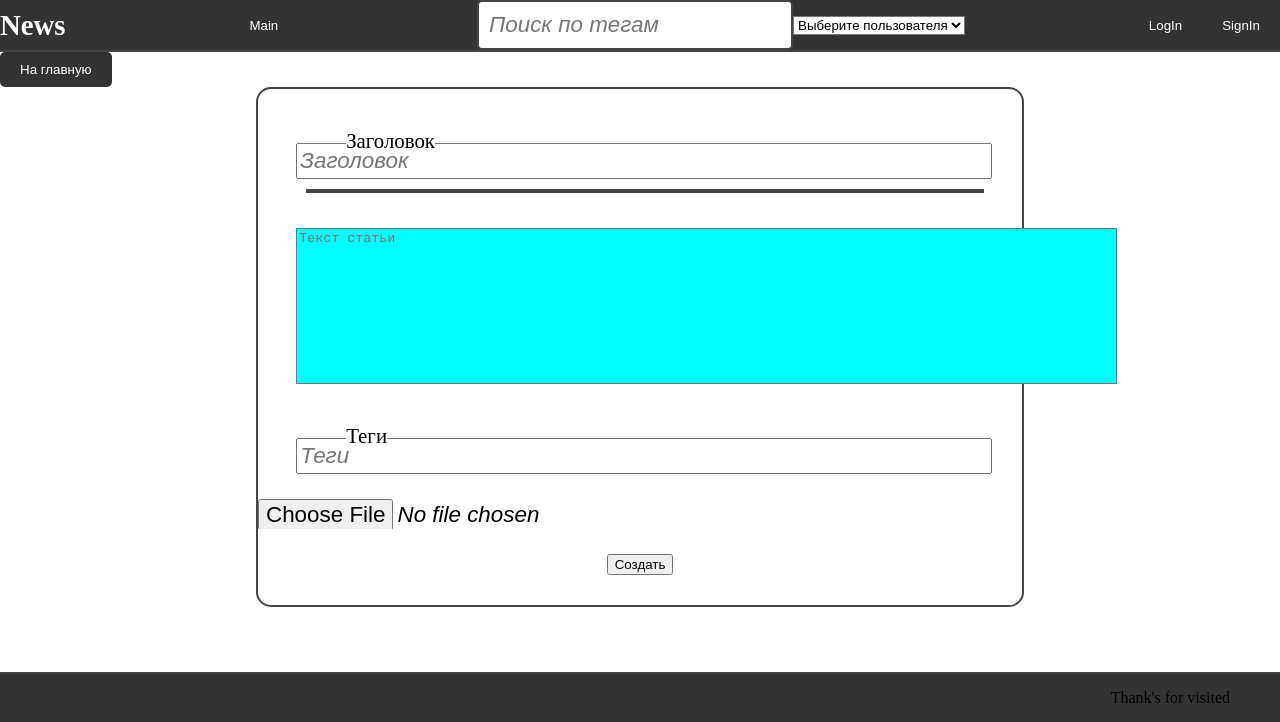
Repository: Igor-Blazhko/news_frontend
Page: /CreatePost
An editor plug-in stored every save of this project. The page is shown before and after the next save, followed by the edit.
The browser window is 1280 px wide. The pictures show the whole page.
The project was rebuilt for these pictures with package versions that can differ from the ones it lists, and the page was loaded fresh each time. Also part of the build but not shown: vite.config.ts, src/components/allPost/onePost/onePost.module.css, src/components/allPost/onePost/onePost.tsx, src/components/allPost/allPost.tsx, src/components/auth/logIn/login.module.css, src/components/auth/logIn/login.tsx, src/components/auth/register/register.tsx, src/components/pageOnePost/comments/comment.tsx and 2 more.

Above is the page before, as saved 2024-07-15 16:31:26.

### src/App.tsx
import Header from './components/header/header'
import AllPost from './components/allPost/allPost'
import Footer from './components/footer/footer'
import LogIn from './components/auth/logIn/login'
import { Page } from './types'
import SignIn from './components/auth/register/register'
import { BrowserRouter, Route, Routes } from 'react-router-dom'
import OnePost from './components/pageOnePost/OnePost'
import { Provider } from 'react-redux'
import { store } from './store'
import { QueryClient, QueryClientProvider } from '@tanstack/react-query'
import CreatePost  from './components/createPost/createPost'



const queryClient = new QueryClient();

function App() {

  return (
    <Provider store={store}>
      <QueryClientProvider client={queryClient}>
        <BrowserRouter>
        <Header></Header>
          <Routes>
            <Route path="*" element ={ <AllPost/> }/>
            <Route path={Page.LogIn} element ={ <LogIn/> }/>
            <Route path={Page.SignIn} element ={ <SignIn/> }/>
            <Route path={Page.CreatePost} element ={ <CreatePost/> }/>
            <Route path={Page.OnePost+'/:id'} element ={ <OnePost/> }/>
          </Routes>
        <Footer></Footer>
        </BrowserRouter>
      </QueryClientProvider>
    </Provider>
  )
}

export default App

### src/index.css
body{
  margin: 0;
  padding: 0;
  width: 100vw;
  min-height: 100vh;
  overflow-x: hidden;
}

main{
  min-height: calc(100vh - 100px);
}

### src/components/header/header.tsx

import { Link } from 'react-router-dom';
import Button from '../simplyComponents/button/button';
import styles from './header.module.css'
import ButtonAuth  from './buttonAuth/buttonAuth';
import Filter from './filter/filter';


export default function Header() {
        return (
        <header className={styles.header}>
            <div className={styles.logo}>
                News
            </div>
            <nav>
                <Link to="">
                    <Button>Main</Button>
                </Link>
            </nav>
            <Filter/>
            <ButtonAuth/>
        </header>
    )
}

### src/components/footer/footer.tsx
import { Link } from 'react-router-dom'
import styles from './footer.module.css'
import { Page } from '../../types'
import Button from '../simplyComponents/button/button'
import { useSelector } from 'react-redux'
import { States } from '../../store'

export default function Footer(){
    const JWT = useSelector( (state:States) => state.JWT)
    return(
        <footer className={styles.footer}>
            {
            JWT &&
            <Link to={'/'+Page.CreatePost}>
                <Button>Создать пост</Button>
            </Link>
            }

            <div className={styles.text}>Thank's for visited</div>
        </footer>
    )
}

### src/types.ts
export const enum Page {
    LogIn = 'LogIn',
    SignIn = 'SignIn',
    AllPost = 'AllPost',
    OnePost = 'OnePost',
    CreatePost = 'CreatePost',
}

export class ObjectToken {
    private readonly access_token:string;
    constructor(access_token:string){
        this.access_token = access_token;
    }
}

export class HTTPExeption{
    private readonly response:string;
    private readonly status:number;
    private readonly message:string;
    private readonly name:string;
    constructor(response:string, status:number, message:string, name:string){
        this.response = response;
        this.status = status;
        this.message = message;
        this.name = name;
    }
}

### src/store.ts
import { createStore } from '@reduxjs/toolkit'
import cooks from './basefunction';

export interface States{
  tagfilter: string[],
  userfilter: number,
  JWT:string|undefined,
  location: string,
}

const defaultState:States = {
  tagfilter: [],
  userfilter: 0,
  JWT: cooks.getJWT(),
  location: '*',
}

type Action = {
  type:string,
  buffer?:string,
  userId?:number,
  JWT?:string,
}
const reducer = (state = defaultState, action:Action) => {
  switch (action.type){
    case 'Filter':
      if (( 'buffer' in action) && (action.buffer !== undefined)) {
        const arr = action.buffer.split(' ');
        state = {...state,
          tagfilter: arr,
        }
      }
      return state;
    case 'setUserFilter':
      if (( 'userId' in action) && (action.userId !== undefined)) {
        state = {...state,
          userfilter: action.userId,
        }
      }
      return state
    case 'SetJWT':
      if ( ('JWT' in action) && (action.JWT !== undefined) ){
        state = {...state,
          JWT: action.JWT,
        }
        cooks.LogIn(action.JWT)
      // document.cookie = `JWT_token=${action.JWT}`
      }
      return state;
    case 'DelJwt':
      state = {
        ...state,
        JWT:'',
      }
      cooks.LogOut()
      return state;
    case 'setLocation':
      state = {
        ...state,
        location: location.pathname,
      }
      return state;
    case 'dropLocation':
      state = {
        ...state,
        location: '*',
      }
      return state;
    default:
      return state;
  }
}

export const store = createStore(reducer)

### src/components/createPost/createPost.tsx
import { Link } from "react-router-dom";
import { Page } from "../../types";
import Button from "../simplyComponents/button/button";
import SERVER from "../../dataServer";
import styles from "./createPost.module.css"

export default function CreatePost(){

    return (
        <main>
            <Link to={'/'}>
                <Button>На главную</Button>
            </Link>
            <div>
                <form action={SERVER.POST.News.create} method="post" className={styles.form}>
                    <div className={styles.article}>
                        <label htmlFor="article" className={styles.article} >Заголовок</label>
                        <input type="text" name="article" maxLength={254} placeholder="Заголовок" className={styles.article}/>
                    </div>
                    <div className={styles.text}>
                        <textarea name="text" placeholder="Текст статьи" className={styles.text} cols={100} rows={10}/>
                    </div>
                    <div className={styles.tags}>
                        <label htmlFor="tags" className={styles.tags}>Теги</label>
                        <input type="text" name="tags" placeholder="Теги"  className={styles.tags}/>
                    </div>
                    <input type="file" />
                    <button type="submit" className={styles.btn}>Создать</button>
                </form>
            </div>
        </main>

    )
}

### src/components/simplyComponents/button/button.tsx
import { MouseEventHandler, ReactNode } from 'react'
import styles from './button.module.css'
type Button = {
    text?:string,
    children?:ReactNode
    onClick?:MouseEventHandler<HTMLButtonElement>
}

export default function Button(props:Button){

    return(
        <button className={styles.button} onClick={props.onClick}>{props.children}</button>
    )
}

### src/components/header/header.module.css
header {
    background-color: #333;
    display: flex;
    justify-content: space-between;
    align-items: center;
    border-bottom: 2px solid #444;
    box-sizing: border-box;
    min-height: 50px;
}

.logo {
    font-size: 1.8em;
    font-weight: bold;
    color: #fff;
}



  .filter {
    display: flex;
    align-items: center;
  }

  .filter input,
  .filterselect {
    padding: 8px 10px;
    margin-left: 15px;
    border: 2px solid #444;
    border-radius: 5px;
    transition: border-color 0.3s ease;
  }

  .filter input:focus,
  .filter select:focus {
    border-color: #888;
  }

  .filter select {
    background-color: #fff;
}

### src/components/header/buttonAuth/buttonAuth.tsx
import { useDispatch, useSelector } from "react-redux"
import { States } from "../../../store"
import cooks from "../../../basefunction";
import Button from "../../simplyComponents/button/button";
import { Link } from "react-router-dom";
import { Page } from "../../../types";

export default function ButtonAuth(){

    const JWT = useSelector( (state:States) => state.JWT);
    const dispatch = useDispatch();

    function LogOut(){
        dispatch({
            type: 'DelJwt',
        })
    }

    return (
        <>
            {
                JWT?
                <div className="auth">
                    <Button onClick={LogOut}>LogOut</Button>
                </div>
                :
                <div className="auth">
                    <Link to={Page.LogIn}>
                        <Button>LogIn</Button>
                    </Link>
                    <Link to={Page.SignIn}>
                        <Button>SignIn</Button>
                    </Link>
                </div>
                }
        </>
    )
}

### src/components/header/filter/filter.tsx

import { useEffect, useState } from 'react'
import { User } from '../../pageOnePost/types/types'
import styles from '../header.module.css'
import { useDispatch } from 'react-redux'

export default function Filter(){
    const [users, setUsers] = useState([ {
        id: 1,
        name: 'igor',
        sername: 'Blazhko',
        login: 'user1',
    }])
    const [change, setChange] = useState(false)
    const dispatch = useDispatch()

    useEffect(() => {
        const users = [
            {
                id: 1,
                name: 'igor',
                sername: 'Blazhko',
                login: 'user1',
            },
            {
                id: 2,
                name: 'igor',
                sername: 'Tokin',
                login: 'user2',
            },
            {
                id: 3,
                name: 'igor',
                sername: 'Lankin',
                login: 'user3',
            },
        ];
        setUsers(users);
        // setLog(JWT)
    },[])

    function changeFilter(event:React.ChangeEvent<HTMLInputElement>){
        dispatch({
            type:'Filter',
            buffer: event.target.value,
        })
    }

    function changeUser(event) {
        dispatch({
            type:'setUserFilter',
            userId: +event.target.value,
        })
        if ( +event.target.value ) setChange(true)
        else setChange(false)
    }

    return (
            <div className={styles.filter}>
                <input type="text" placeholder="Поиск по тегам" onChange={changeFilter}/>
                <select onChange={changeUser} defaultValue="option0">
                    <option value="0">
                        { change? 'Cбросить фильтрацию': 'Выберите пользователя'}
                    </option>
                    {
                        users.map((user:User)=> <option key = {user.id} value={user.id}>{user.name} {user.sername}</option>)
                    }
                </select>
            </div>
    )
}

### src/components/allPost/allPost.module.css

main {
    display: flex;
    flex-direction: column;
    row-gap: 25px;
  }

### src/dataServer.ts


const SERVER = {
    base: 'http://192.168.3.37:5000/',
    POST: {
        register: 'http://127.0.0.1:5000/auth/registration',
        login: 'http://127.0.0.1:5000/auth/login',
        comments: {
            createCom: 'http://127.0.0.1:5000/comments',
        },
        News: {
            create: 'http://127.0.0.1:5000/news',
        }
    },
    GET: {
        allNews: 'http://127.0.0.1:5000/news',
        oneNews: 'http://127.0.0.1:5000/news?id=',
        getAllCommentByPostId: 'http://127.0.0.1:5000/comments?id=',
    }
}
export default SERVER;

### src/components/footer/footer.module.css
footer {
    width: 100vw;
    background-color: #333;
    min-height: 50px;
    border-top: 2px solid #444;
    display: flex;
    justify-content: flex-end;
    align-items: center;
    box-sizing: border-box;
}

.text{
    margin-right: 50px;
}

### src/components/pageOnePost/OnePost.module.css
main{
  display: block;
}
.post_content_full {
    display: flex;
    flex-direction: column;
    align-items: center;
    text-align: center;
    animation: slideIn 0.5s ease-in-out;
  }

  .post_image {
    width: 150px;
    height: 150px;
    margin-bottom: 20px;
  }

  .post_title_full {
    font-size: 2em;
    margin-bottom: 20px;
  }

  .post_text_full {
    font-size: 1.2em;
    margin-bottom: 40px;
  }

  .comments {
    background-color: #fff;
    padding: 20px;
    border: 1px solid #ccc;
    border-radius: 10px;
    margin-top: 20px;
  }



  .comments h3 {
    font-size: 1.5em;
    margin-bottom: 10px;
  }

  .comment {
    margin-bottom: 10px;
    padding: 10px;
    border: 1px solid #ccc;
    border-radius: 5px;
    background-color: #fafafa;
  }

  .comment p {
    font-size: 1.2em;
  }

  .comment_form {
    margin-top: 20px;
  }

  .comment_form textarea {
    width: 100%;
    padding: 10px;
    margin-bottom: 10px;
    border: 1px solid #ccc;
    border-radius: 5px;
    resize: vertical;
    transition: border-color 0.3s ease;
  }

  .comment_form textarea:focus {
    border-color: #888;
  }

  .comment_form button {
    padding: 10px;
    border: none;
    border-radius: 5px;
    background-color: #333;
    color: #fff;
    cursor: pointer;
    transition: background-color 0.3s ease, transform 0.3s ease;
  }

  .comment_form button:hover {
    background-color: #444;
    transform: translateY(-3px);
  }

### src/basefunction.ts
import { useDispatch } from "react-redux";

class Cookie {
    getCookie(name:string) {
        let matches = document.cookie.match(new RegExp(
          "(?:^|; )" + name.replace(/([\.$?*|{}\(\)\[\]\\\/\+^])/g, '\\$1') + "=([^;]*)"
        ));
        return matches ? decodeURIComponent(matches[1]) : undefined;
    }

    setCookie(name:string, value:string, options = {}) {

        options = {
          path: '/',
          // при необходимости добавьте другие значения по умолчанию
          ...options
        };

        if (options.expires instanceof Date) {
          options.expires = options.expires.toUTCString();
        }

        let updatedCookie = encodeURIComponent(name) + "=" + encodeURIComponent(value);

        for (let optionKey in options) {
          updatedCookie += "; " + optionKey;
          let optionValue = options[optionKey];
          if (optionValue !== true) {
            updatedCookie += "=" + optionValue;
          }
        }

        document.cookie = updatedCookie;
    }

    deleteCookie(name:string) {
        this.setCookie(name, "", {
          'max-age': -1
        })
    }

    getJWT(){
        return this.getCookie('JWT_token')
    }

    LogIn(token:string){
        this.setCookie('JWT_token', token, {
            'max-age': 3600
          } )
    }

    LogOut(){
        this.setCookie('JWT_token', '', {
            'max-age': 3600
          } )
    }
}
const cooks = new Cookie()
export default cooks

### src/components/createPost/createPost.module.css
.form {
    border: 2px solid #444;
    border-radius: 15px;
    width: 60%;
    height: calc(100vh - 200px);
    margin: 0 auto;
    display: flex;
    flex-direction: column;
    justify-content: space-between;
    align-items: center;
    padding: 30px 0 ;
    box-sizing: border-box;
}

form>div{
    width: 90%;
}

label{
    position: relative;
    top: 10px;
    left: 50px;
    z-index: 2;
    background-color: white;
    font-size: 1.3em;
    transition: all 0.3s ease-in-out;
}
div:has(input:focus) label{
    transition: all 0.2s  ease-in;
    top: 0;
}

textarea{
	resize: none;
    background-color: aqua;
}

input{
    width: 100%;
    height: 30px;
    font-size: 1.4em;
    font-style: italic;
    display: block;
}

div.article::after{
    display: block;
    width: 98%;
    background-color: #444;
    border: 2px solid #444;
    content: "";
    margin: 10px;
}

### src/components/simplyComponents/button/button.module.css
.button {
    padding: 10px 20px;
    background-color: #333;
    color: #fff;
    border: none;
    border-radius: 5px;
    cursor: pointer;
    transition: background-color 0.3s ease, transform 0.3s ease;
    text-decoration: none;
}

.button:hover {
    background-color: #444;
    transform: translateY(-3px);
}

Loaded but not shown: index.html (common file); src/main.tsx (common file)

After the next save:
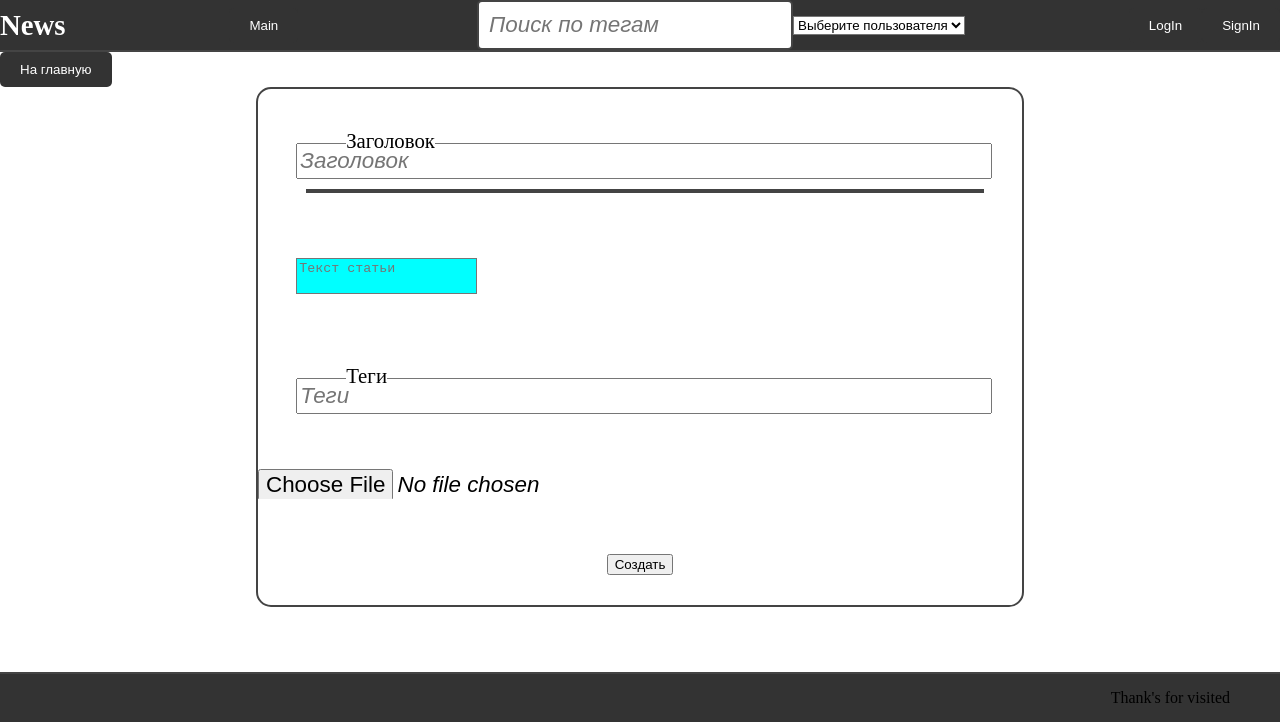
Saved 7 s later.
--- a/src/components/createPost/createPost.tsx
+++ b/src/components/createPost/createPost.tsx
@@ -18,7 +18,7 @@ export default function CreatePost(){
                         <input type="text" name="article" maxLength={254} placeholder="Заголовок" className={styles.article}/>
                     </div>
                     <div className={styles.text}>
-                        <textarea name="text" placeholder="Текст статьи" className={styles.text} cols={100} rows={10}/>
+                        <textarea name="text" placeholder="Текст статьи" className={styles.text}/>
                     </div>
                     <div className={styles.tags}>
                         <label htmlFor="tags" className={styles.tags}>Теги</label>
